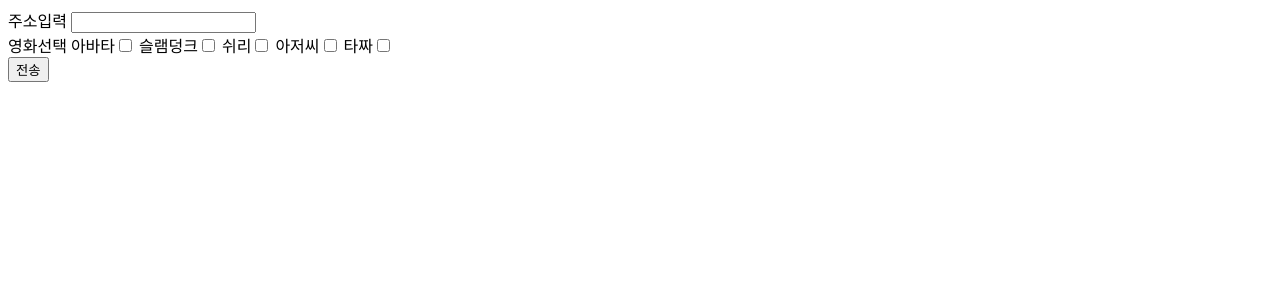
Repository: JJinBBangg/JSP
Page: http://localhost/jsp/ch03/lecture/06form/26from.jsp
The author's editor kept a copy of each file at every save. The page is drawn from the files as they stood at one save, then again after the next save.
The browser window is 1280 px wide. The pictures show the whole page.
The page is served by Tomcat 9. Other server files are loaded and not shown.

Above is the page before, as saved 2023-03-29 02:45:18.

### jsp/src/main/webapp/ch03/lecture/06form/26from.jsp
<%@ page language="java" contentType="text/html; charset=UTF-8"
    pageEncoding="UTF-8"%>
<!DOCTYPE html>
<html>
<head>
<meta charset="UTF-8">
<title>Insert title here</title>
</head>
<body>
	<form action="/jsp/ch03/lecture/06form/27to.jsp" method="post">
	주소입력
		<input type="text" name="address"/> <br />
	영화선택
		아바타<input type="checkbox" name="movie" value="아바타"/>
		슬램덩크<input type="checkbox" name="movie"value="슬램덩크"/>
		쉬리<input type="checkbox" name="movie" value="쉬리"/>
		아저씨<input type="checkbox" name="movie" value="아저씨"/>
		타짜<input type="checkbox" name="movie" value="타짜"/><br />
		<input type="submit" value="전송">
	</form>
</body>
</html>

After the next save:
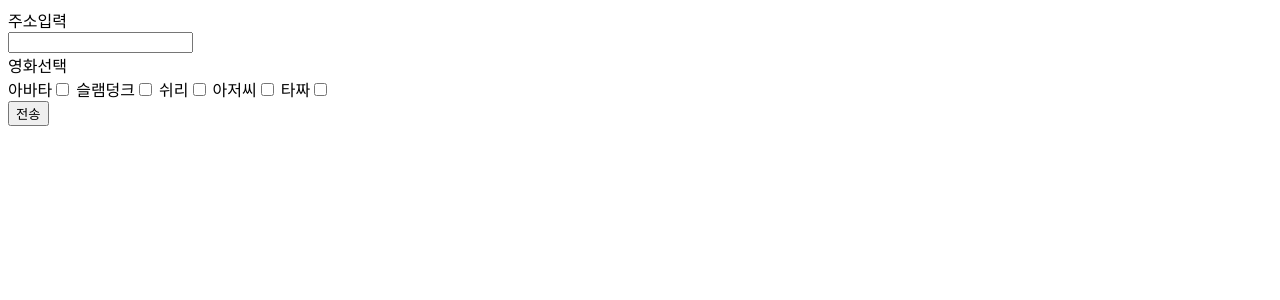
Saved 14 s later.
--- a/jsp/src/main/webapp/ch03/lecture/06form/26from.jsp
+++ b/jsp/src/main/webapp/ch03/lecture/06form/26from.jsp
@@ -8,9 +8,9 @@
 </head>
 <body>
 	<form action="/jsp/ch03/lecture/06form/27to.jsp" method="post">
-	주소입력
+	주소입력<br />
 		<input type="text" name="address"/> <br />
-	영화선택
+	영화선택<br />
 		아바타<input type="checkbox" name="movie" value="아바타"/>
 		슬램덩크<input type="checkbox" name="movie"value="슬램덩크"/>
 		쉬리<input type="checkbox" name="movie" value="쉬리"/>
